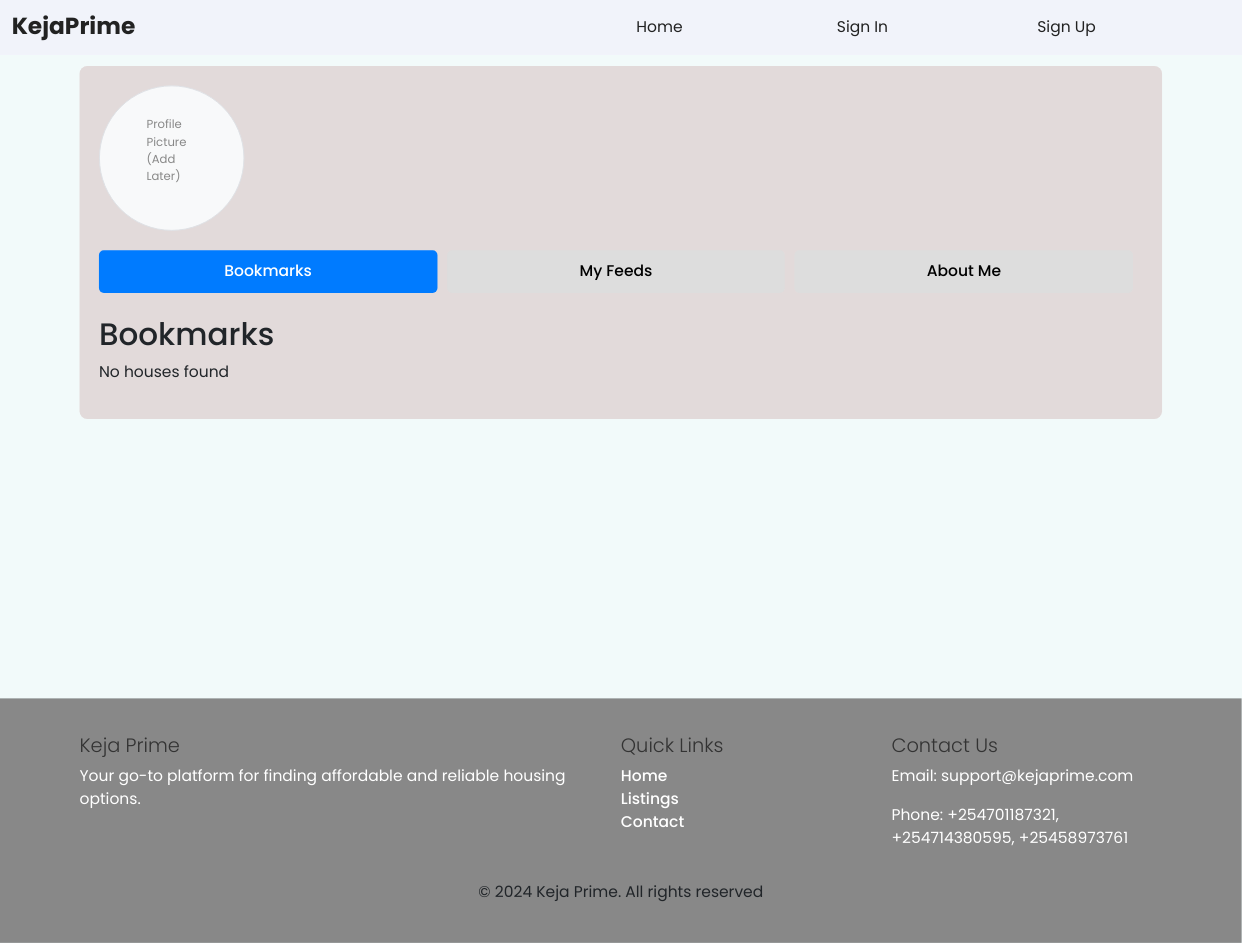
Repository: Pascal7601/kejaPrime
Page: /profile (app in frontend/)
An editor plug-in stored every save of this project. The page is shown before and after a run of saves, followed by the edit.
The browser window is 1280 px wide. The pictures show the whole page, at 97% of full size.
The page's requests for data from a server got no answer. The project was rebuilt for these pictures with package versions that can differ from the ones it lists, and the page was loaded fresh each time. No one was signed in, and anything a server would have sent is missing. Also part of the build but not shown: frontend/vite.config.js, frontend/src/styles/HeroSection.css, frontend/src/components/HeroSection.jsx, frontend/src/pages/Home.jsx, frontend/src/components/Houses.jsx, frontend/src/pages/Listings.jsx, frontend/src/styles/PostHouse.css, frontend/src/pages/PostHouse.jsx and 10 more.

Above is the page before, as saved 2024-10-22 10:54:34.

After the next 8 saves:
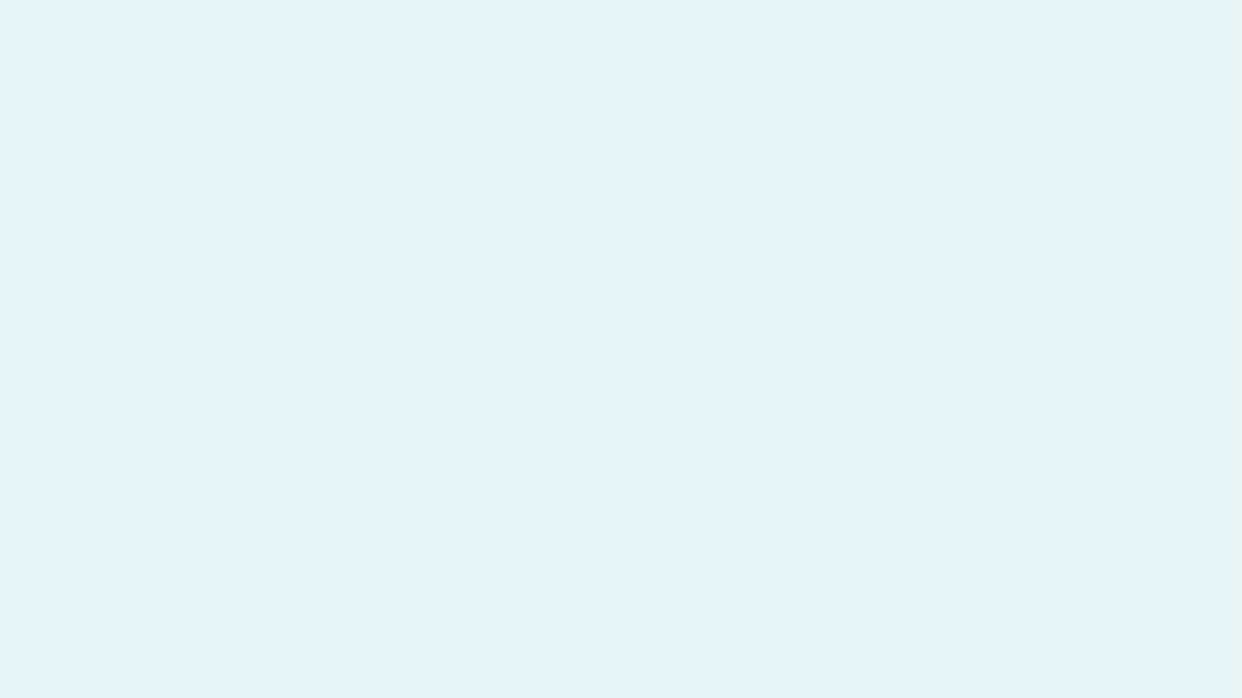
Console error (its wording comes from the project's code and is left out).
The 8 saves are shown as one change because 2 did not build or start and some came seconds apart.
The last was saved 31 s later.
--- a/frontend/src/components/Profile.jsx
+++ b/frontend/src/components/Profile.jsx
@@ -8,7 +8,8 @@
 
 function Profile() {
   const [profile, setProfile] = useState(null);
-  const[profilePic, setProfilePic] = useState(null);
+  const [profilePic, setProfilePic] = useState(null);
+  const [preview, setPreview] = useState
   const [userType, setUserType] = useState(false);
   const [houses, setHouses] = useState([]);
   const [feeds, setFeeds] = useState([]); // State for tenant's feeds

After the 2 saves that followed:
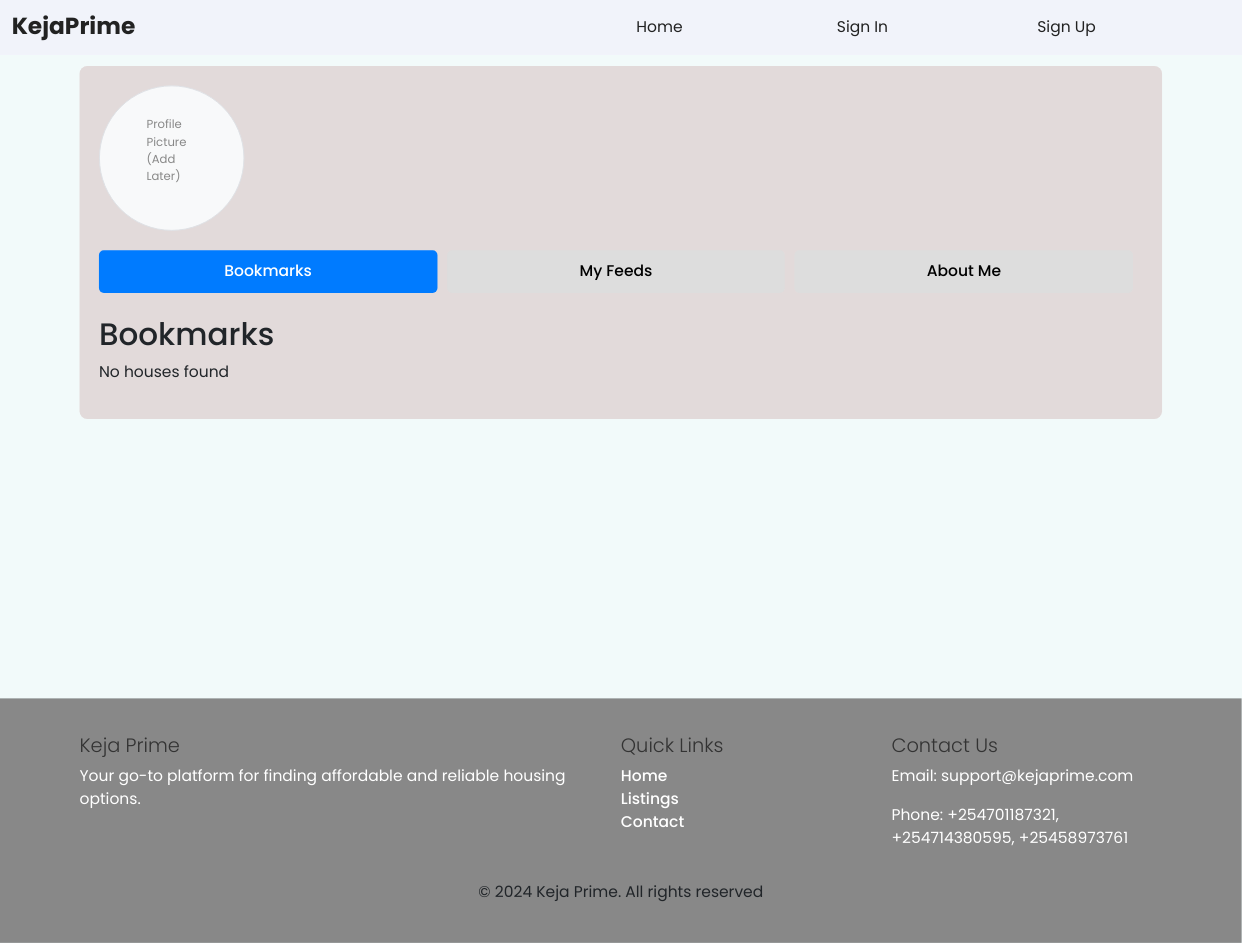
The error is gone.
The 2 saves are shown as one change because they came seconds apart.
The last was saved 5 s later.
--- a/frontend/src/components/Profile.jsx
+++ b/frontend/src/components/Profile.jsx
@@ -9,7 +9,7 @@
 function Profile() {
   const [profile, setProfile] = useState(null);
   const [profilePic, setProfilePic] = useState(null);
-  const [preview, setPreview] = useState
+  const [preview, setPreview] = useState(null);
   const [userType, setUserType] = useState(false);
   const [houses, setHouses] = useState([]);
   const [feeds, setFeeds] = useState([]); // State for tenant's feeds
